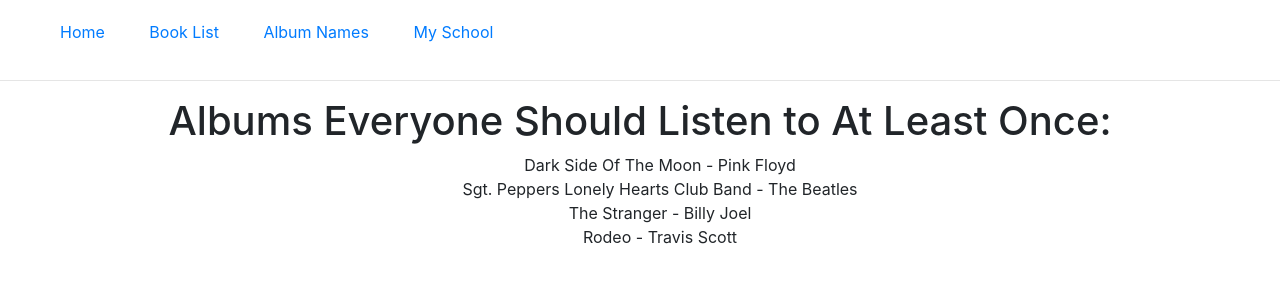
Repository: KodakBrax/CS50
Page: pset8/homepage/album.html
The author's editor kept a record of every edit. The page is drawn from the files as they stood at one moment, then again after the next edit.
The browser window is 1280 px wide. The pictures show the whole page.

Above is the page before.

After the next edit:
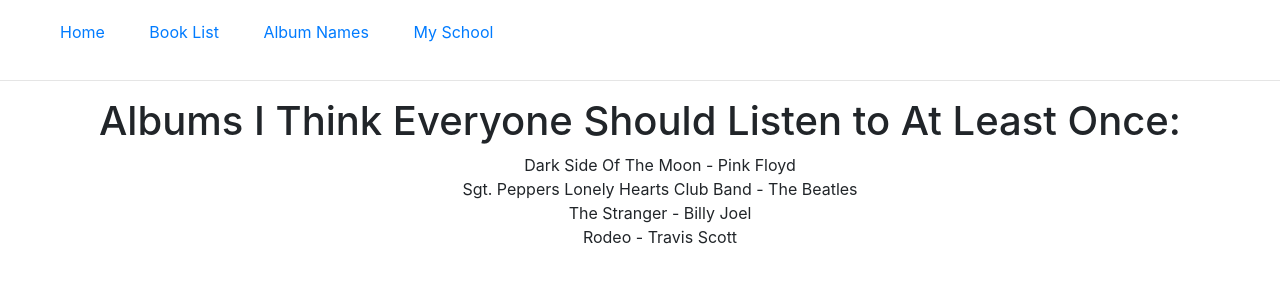
The edit:
--- a/pset8/homepage/album.html
+++ b/pset8/homepage/album.html
@@ -14,7 +14,7 @@
             <li><a href="school.html">My School</a></li>
         </ul>
         <hr>
-        <h1>Albums Everyone Should Listen to At Least Once:</h1>
+        <h1>Albums I Think Everyone Should Listen to At Least Once:</h1>
         <div id="list">
             <ul>
                 <li>Dark Side Of The Moon - Pink Floyd</li>
